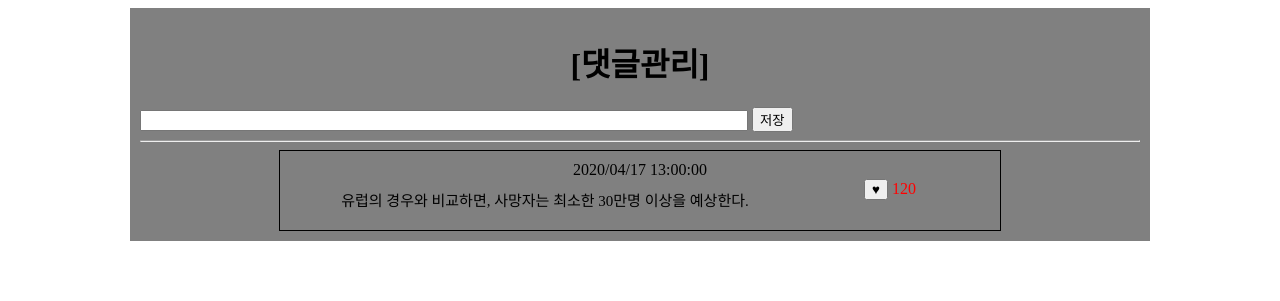
Repository: odasd/Ark-html
Page: 20200417/ex20200417-2/WebContent/ex01.html
These files come from the project's save history. The page is drawn as it stood at one moment and after the next save; the edit follows.
The browser window is 1280 px wide. The pictures show the whole page.
Some web libraries are served in a nearby version.

Above is the page before, as saved 2020-04-17 05:17:23.

### 20200417/ex20200417-2/WebContent/ex01.html
<!DOCTYPE html>
<html>
<head>
	<meta charset="UTF-8">
	<title>댓글관리</title>
	<script src="http://code.jquery.com/jquery-1.9.1.js"></script>
	<style>
		#page {background:gray; width:1000px; margin:auto; padding:10px;}
		h1 {text-align:center;}
		.box{width:700px; border:1px solid black; padding:10px; text-align:center; margin:auto;}
		date {width:300px; font-size:20px; color:gray;}
		#heart {float:right;}
		#content {width:600px; text-align:center; margin:auto; float:center;}
		.content{padding:10px; font-size:15px;}
		#btninsert {text-align:center; margin:auto; float:center;}
		.like {width:200px; color:red; float:right;}
	</style>
</head>
<body>
	<div id="page">
	<h1>[댓글관리]</h1>
		<div>
			<input type="text" id=content size=100>
			<input type="button" value="저장" id=btninsert>
			<hr>
			<div class="box">
				<div class="title">
					<div class="date">2020/04/17 13:00:00</div>
					<div class="like">
						<button>♥</button>
						<span class="cnt">120</span>
					</div>
				</div>
				<div class="content">
					유럽의 경우와 비교하면, 사망자는 최소한 30만명 이상을 예상한다.
				</div>
			</div>
		</div>
	</div>
</body>
</html>

After the next save:
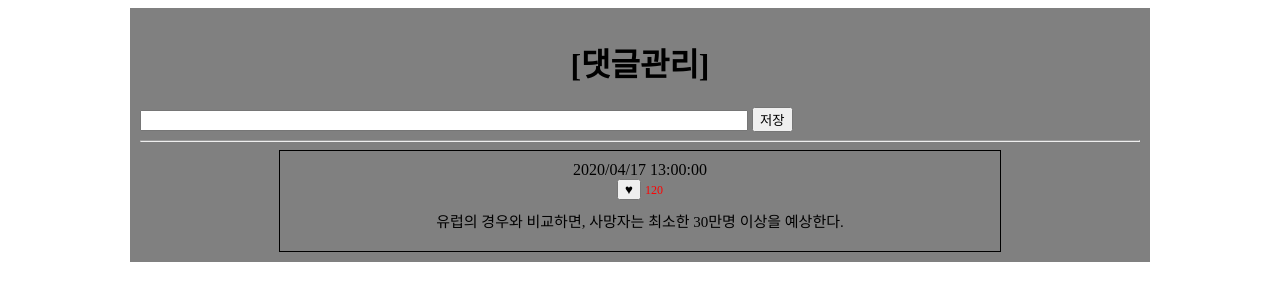
Saved 39 s later.
--- a/20200417/ex20200417-2/WebContent/ex01.html
+++ b/20200417/ex20200417-2/WebContent/ex01.html
@@ -12,8 +12,8 @@
 		#heart {float:right;}
 		#content {width:600px; text-align:center; margin:auto; float:center;}
 		.content{padding:10px; font-size:15px;}
-		#btninsert {text-align:center; margin:auto; float:center;}
-		.like {width:200px; color:red; float:right;}
+		.cnt {font-size:12px; color:red;}
+
 	</style>
 </head>
 <body>
